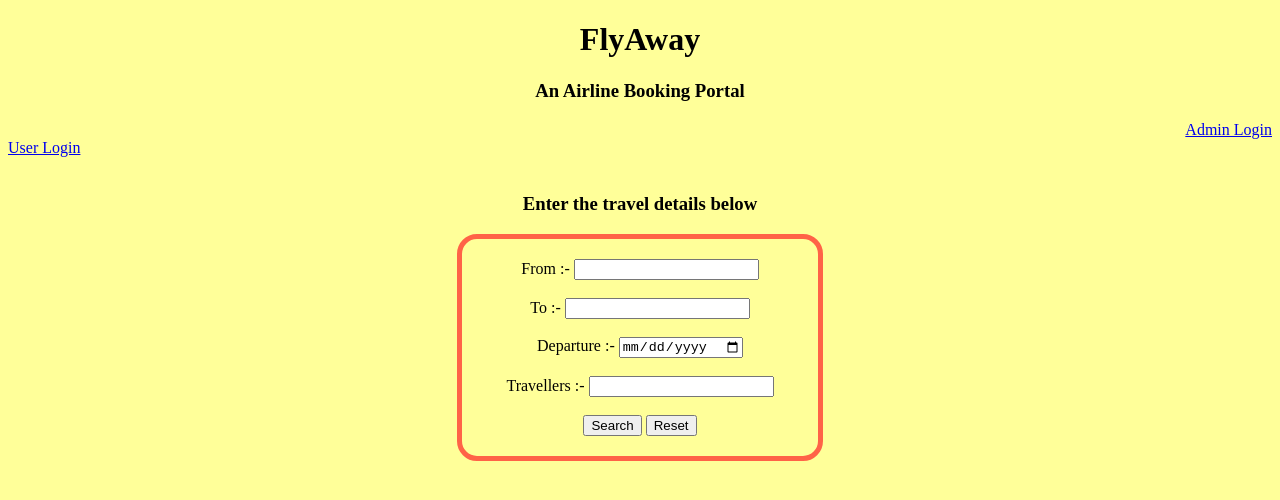
Repository: badrilogaram/Phase-two-project
Page: http://localhost/FlyAway-master/HomePage.jsp
An editor plug-in stored every save of this project. The page is shown before and after the next save, followed by the edit.
The browser window is 1280 px wide. The pictures show the whole page.
The page is served by Tomcat 9. Other server files are loaded and not shown.

Above is the page before, as saved 2021-05-27 22:54:26.

### FlyAway-master/src/main/webapp/HomePage.jsp
<%@ page language="java" contentType="text/html; charset=ISO-8859-1"
    pageEncoding="ISO-8859-1"%>
<%@ page import="java.util.*" %>
<!DOCTYPE html>
<html>
<head>
<meta charset="ISO-8859-1">
<title>FlyAway</title>
</head>
<body style="background-color:rgb(255,255,153)">
<h1><center>FlyAway</center></h1>
<h3><center>An Airline Booking Portal</center></h3>

<div align="right">
<a href="AdminPage.jsp">Admin Login</a>
</div>

<%
	@SuppressWarnings("unchecked")
	HashMap<String,String> user=(HashMap<String,String>)session.getAttribute("user");
	if(user!=null){
%>
<p>Welcome <%=user.get("name") %></p>
<a href="Logout">Logout</a>
<%
	}else{
%>
<a href=UserPage.jsp>User Login</a>
<%
	}
%>
<br><br>
<center>
<h3>Enter the travel details below</h3>
<div style="border:5px solid tomato;width:25%;border-radius:20px;padding:20px" align = "center">
<form action=FlightList method=post>
	<label for=from>From :-</label> <input type=text name=from id=from/><br><br>
	<label for=to>To :-</label> <input type=text name=to id=to/><br><br>
	<label for=departure>Departure :-</label> <input type=date name=departure id=departure/><br><br>
	<label for=travellers>Travellers :-</label> <input type=number name=travellers id=travellers/><br><br>
	<input type=submit value=Search /> <input type=reset />
</form>
</center>
</div>
</body>
</html>

After the next save:
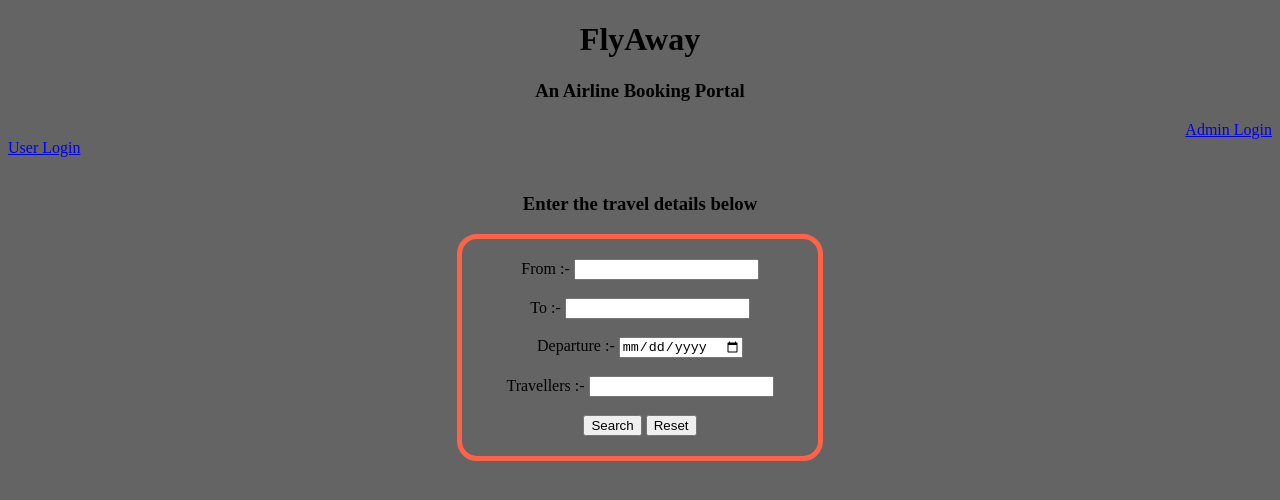
Saved 100 s later.
--- a/FlyAway-master/src/main/webapp/HomePage.jsp
+++ b/FlyAway-master/src/main/webapp/HomePage.jsp
@@ -7,7 +7,7 @@
 <meta charset="ISO-8859-1">
 <title>FlyAway</title>
 </head>
-<body style="background-color:rgb(255,255,153)">
+<body style="background-color:rgb(100,100,100)">
 <h1><center>FlyAway</center></h1>
 <h3><center>An Airline Booking Portal</center></h3>
 
